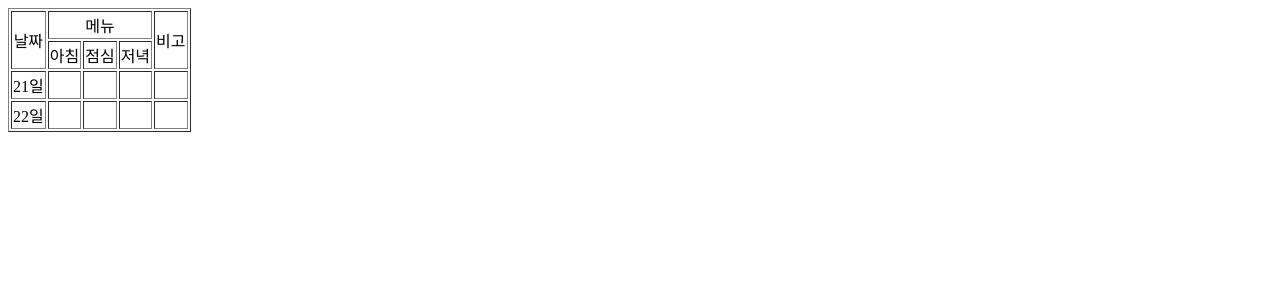
Repository: jinaa11/Kcc_Web
Page: Html/WebContent/mission2.html
An editor plug-in stored every save of this project. The page is shown before and after the next save, followed by the edit.
The browser window is 1280 px wide. The pictures show the whole page.

Above is the page before, as saved 2024-07-08 05:35:43.

### Html/WebContent/mission2.html
<!DOCTYPE html>
<html>
<head>
<meta charset="UTF-8">
<title>Insert title here</title>
</head>
<body>
	<table border="1">
		<tbody align="center">
			<tr>
				<td rowspan="2">날짜</td>
				<td colspan="3">메뉴</td>
				<td rowspan="2">비고</td>
			</tr>
			<tr>
				<td>아침</td>
				<td>점심</td>
				<td>저녁</td>
			</tr>
			<tr>
				<td>21일</td>
				<td></td>
				<td></td>
				<td></td>
				<td></td>
			</tr>
			<tr>
				<td>22일</td>
				<td></td>
				<td></td>
				<td></td>
				<td></td>
			</tr>
		</tbody>
	</table>
</body>
</html>

After the next save:
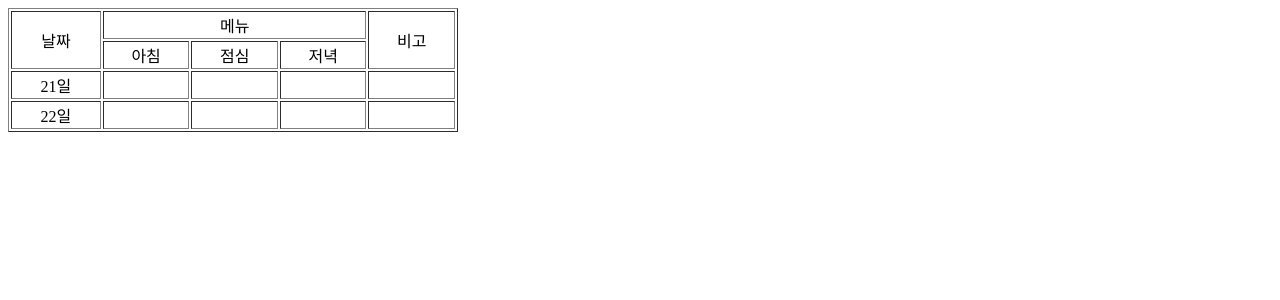
Saved 32 s later.
--- a/Html/WebContent/mission2.html
+++ b/Html/WebContent/mission2.html
@@ -5,7 +5,7 @@
 <title>Insert title here</title>
 </head>
 <body>
-	<table border="1">
+	<table width="450" border="1">
 		<tbody align="center">
 			<tr>
 				<td rowspan="2">날짜</td>
